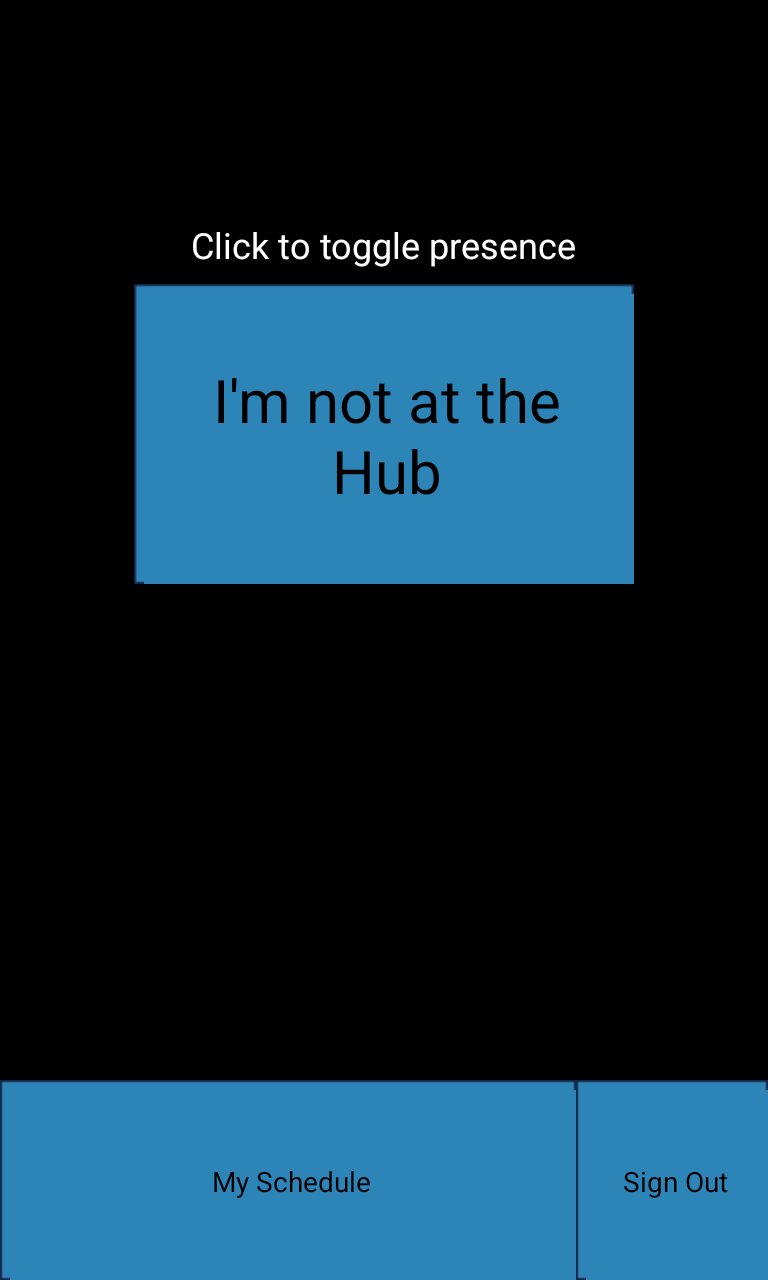
Repository: appsfactory/OfficeHours
Layout: OfficeHoursClient/res/layout/activity_sign__in.xml
The author's editor kept a copy of each file at every save. The layout is drawn from the files as they stood at one save, then again after the next save.
It is drawn on a 768 x 1280 px phone screen (xhdpi) without system bars, with theme AppTheme; the app's code is not run.

Above is the layout before, as saved 2012-10-05 18:02:17.

### OfficeHoursClient/res/layout/activity_sign__in.xml
<RelativeLayout xmlns:android="http://schemas.android.com/apk/res/android"
    xmlns:tools="http://schemas.android.com/tools"
    android:layout_width="match_parent"
    android:layout_height="match_parent" >

    <ToggleButton
        android:id="@+id/toggleButton1"
        android:layout_width="250dp"
        android:layout_height="150dp"
        android:layout_alignParentTop="true"
        android:layout_centerHorizontal="true"
        android:layout_marginTop="142dp"
        android:onClick="toggleSignIn"
        android:textOff="I&apos;m not at the Hub"
        android:textOn="I&apos;m at the Hub"
        android:textSize="30sp"
        android:background="@drawable/button_blue" />

    <TextView
        android:id="@+id/textView1"
        android:layout_width="wrap_content"
        android:layout_height="wrap_content"
        android:layout_alignParentTop="true"
        android:layout_centerHorizontal="true"
        android:layout_marginTop="110dp"
        android:text="Click to toggle presence"
        android:textAppearance="?android:attr/textAppearanceMedium" />

    <Button
        android:id="@+id/button2"
        style="?android:attr/buttonStyleSmall"
        android:layout_width="wrap_content"
        android:layout_height="wrap_content"
        android:layout_alignParentBottom="true"
        android:layout_alignParentRight="true"
        android:layout_alignTop="@+id/button1"
        android:layout_toRightOf="@+id/textView1"
        android:onClick="logOut"
        android:text="Sign Out"
        android:background="@drawable/button_blue" />

    <Button
        android:id="@+id/button1"
        android:layout_width="wrap_content"
        android:layout_height="wrap_content"
        android:layout_alignParentBottom="true"
        android:layout_alignParentLeft="true"
        android:layout_toLeftOf="@+id/button2"
        android:onClick="viewSchedule"
        android:text="@string/schedule_button"
        android:background="@drawable/button_blue" />

</RelativeLayout>

### OfficeHoursClient/res/values/styles.xml
<resources xmlns:android="http://schemas.android.com/apk/res/android">

    <style name="AppTheme" parent="android:Theme.Black.NoTitleBar" />
</resources>

### OfficeHoursClient/res/drawable/button_blue.xml
<?xml version="1.0" encoding="UTF-8"?>
<selector
  xmlns:android="http://schemas.android.com/apk/res/android">
    <item android:state_enabled="false"
     android:drawable="@drawable/button_blue_disabled" />
    <item android:state_enabled="true"
     android:state_pressed="true" android:drawable="@drawable/button_blue_pressed" />
    <item android:state_enabled="true"
     android:state_focused="true" android:drawable="@drawable/button_blue_selected" />
    <item android:state_enabled="true"
     android:drawable="@drawable/button_blue_normal" />
</selector>

### OfficeHoursClient/res/values/strings.xml
<resources>

    <string name="app_name">Office Hours @ the Hub</string>
    <string name="hello_world">Hello world!</string>
    <string name="menu_settings">Settings</string>
    <string name="title_activity_sign__in">Sign_In</string>
    <string name="schedule_button">My Schedule</string>
    <string name="title_activity_log__in">Log_In</string>
    <string name="login_title">OFFICE HOURS</string>
    <string name="login_subtitle"> \@ the hub</string>
    <string name="login_footer">By the Apps Factory Wizards</string>
    <string name="title_activity_sign_in_checker">SignInChecker</string>
    <string name="title_activity_schedule_view">ScheduleView</string>

</resources>

After the next save:
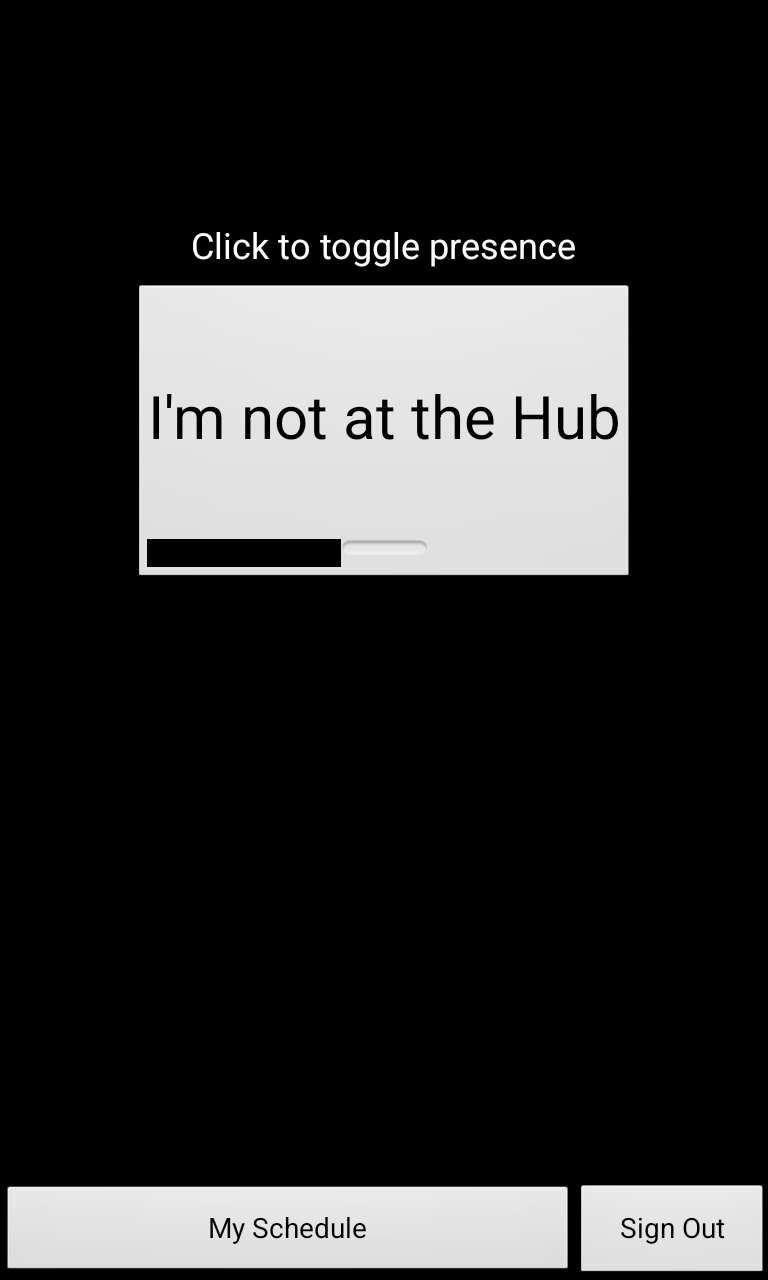
Saved 7 s later.
--- a/OfficeHoursClient/res/layout/activity_sign__in.xml
+++ b/OfficeHoursClient/res/layout/activity_sign__in.xml
@@ -13,8 +13,7 @@
         android:onClick="toggleSignIn"
         android:textOff="I&apos;m not at the Hub"
         android:textOn="I&apos;m at the Hub"
-        android:textSize="30sp"
-        android:background="@drawable/button_blue" />
+        android:textSize="30sp" />
 
     <TextView
         android:id="@+id/textView1"
@@ -36,8 +35,7 @@
         android:layout_alignTop="@+id/button1"
         android:layout_toRightOf="@+id/textView1"
         android:onClick="logOut"
-        android:text="Sign Out"
-        android:background="@drawable/button_blue" />
+        android:text="Sign Out" />
 
     <Button
         android:id="@+id/button1"
@@ -47,7 +45,6 @@
         android:layout_alignParentLeft="true"
         android:layout_toLeftOf="@+id/button2"
         android:onClick="viewSchedule"
-        android:text="@string/schedule_button"
-        android:background="@drawable/button_blue" />
+        android:text="@string/schedule_button" />
 
 </RelativeLayout>

After the save that followed:
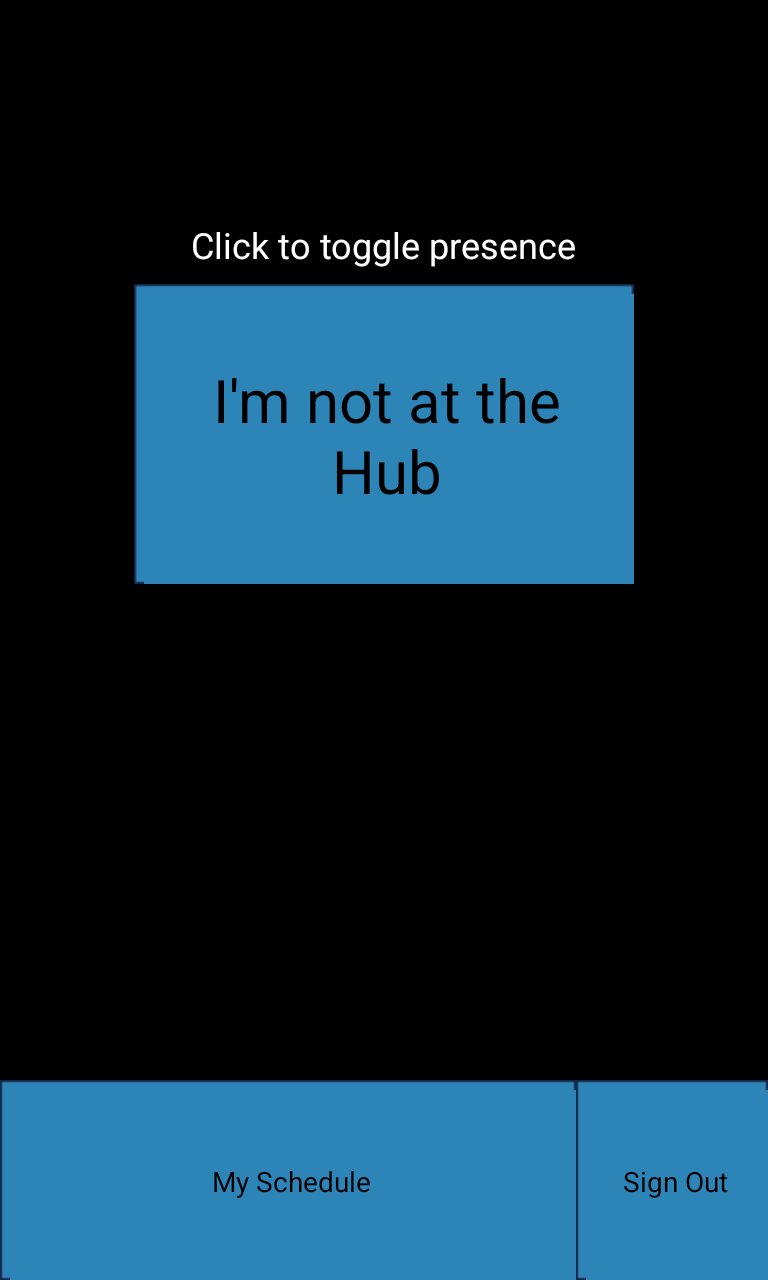
Saved 23 s later.
--- a/OfficeHoursClient/res/layout/activity_sign__in.xml
+++ b/OfficeHoursClient/res/layout/activity_sign__in.xml
@@ -13,7 +13,8 @@
         android:onClick="toggleSignIn"
         android:textOff="I&apos;m not at the Hub"
         android:textOn="I&apos;m at the Hub"
-        android:textSize="30sp" />
+        android:textSize="30sp"
+        android:background="@drawable/button_blue" />
 
     <TextView
         android:id="@+id/textView1"
@@ -35,7 +36,8 @@
         android:layout_alignTop="@+id/button1"
         android:layout_toRightOf="@+id/textView1"
         android:onClick="logOut"
-        android:text="Sign Out" />
+        android:text="Sign Out"
+        android:background="@drawable/button_blue" />
 
     <Button
         android:id="@+id/button1"
@@ -45,6 +47,7 @@
         android:layout_alignParentLeft="true"
         android:layout_toLeftOf="@+id/button2"
         android:onClick="viewSchedule"
-        android:text="@string/schedule_button" />
+        android:text="@string/schedule_button"
+        android:background="@drawable/button_blue" />
 
 </RelativeLayout>
